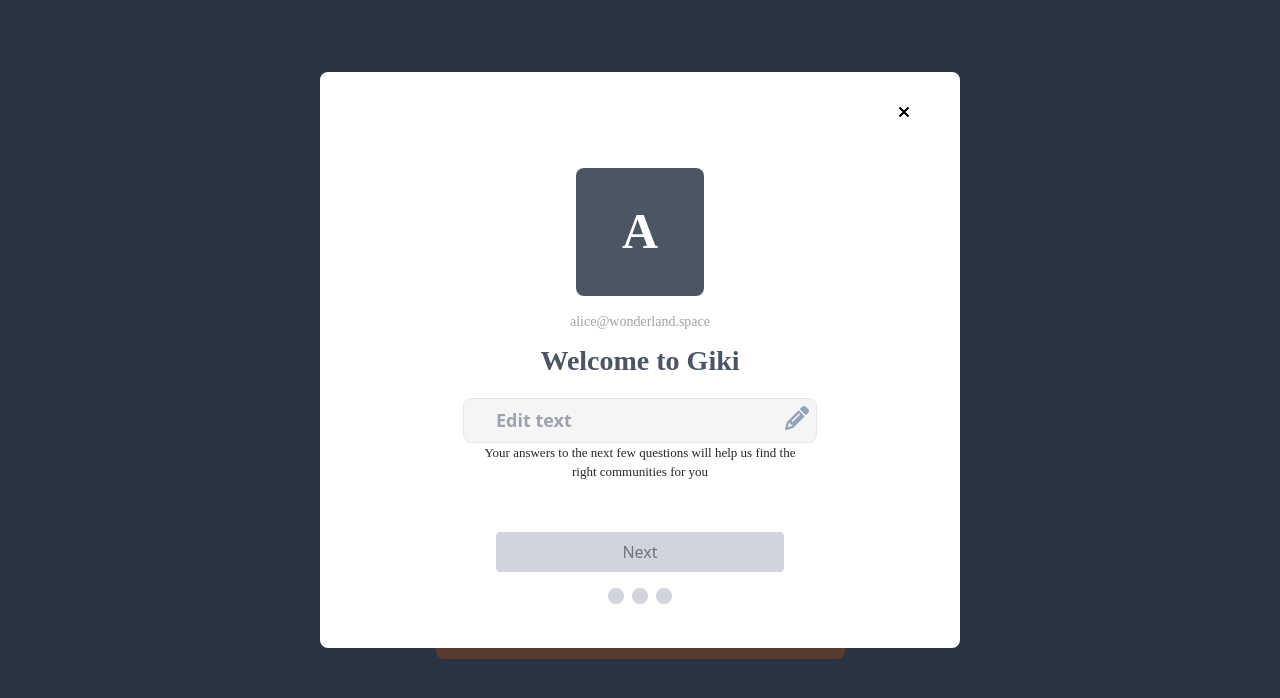
Repository: ZakariaZhlat125/lucatctyteste
Page: /, after clicking the first element matching `button.mt-36`
The author's editor kept a copy of each file at every save. The page is drawn from the files as they stood at one save, then again after the next save.
The browser window is 1280 px wide. The pictures show the whole page.
The project was rebuilt for these pictures with package versions that can differ from the ones it lists, and the page was loaded fresh each time. Also part of the build but not shown: vite.config.js, src/Components/ModalComponents/PickLang.jsx, src/Components/ModalComponents/SelectImage.jsx.

Above is the page before, as saved 2023-09-29 13:54:21.

After the next save:
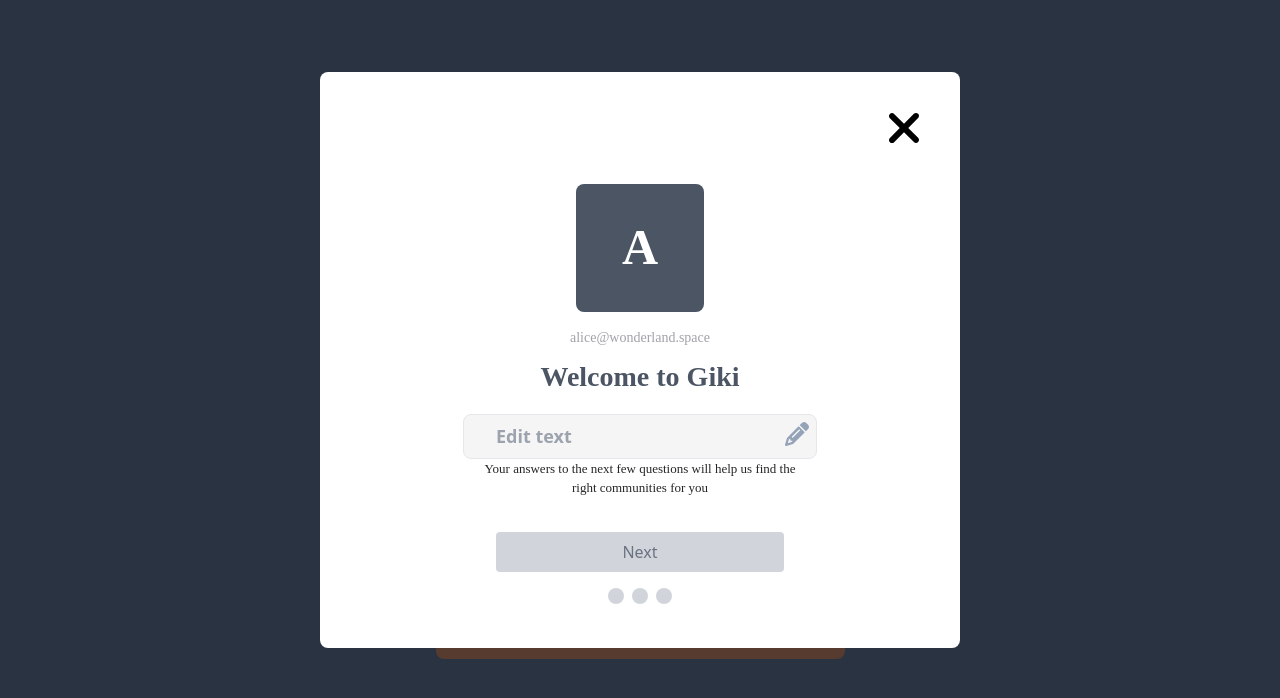
Saved 47 s later.
--- a/src/Components/ModalComponents/Modal.jsx
+++ b/src/Components/ModalComponents/Modal.jsx
@@ -56,7 +56,7 @@
       <FontAwesomeIcon
           icon={faTimes}
           onClick={onClose}
-          className="w-12 h-4 self-end cursor-pointer" />
+          className="w-12 h-12 self-end cursor-pointer" />
         {currentPage === 1 && (
           <Welcom
             inputValueName={inputValueName}
